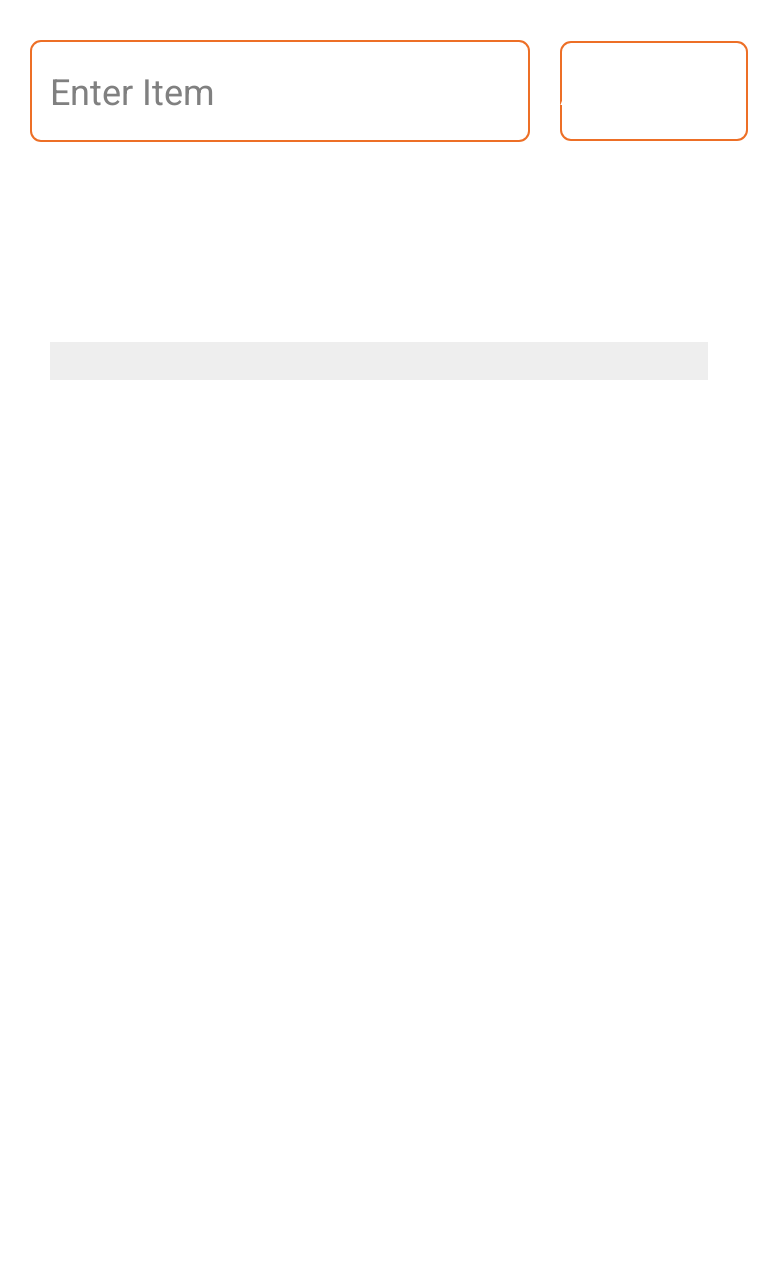
Repository: ianDervan/FYP_ShopSmart
Layout: FYP/ShopSmart/res/layout/activity_shopping_list.xml
An editor plug-in stored every save of this project. The layout is shown before and after the next save, followed by the edit.
It is drawn on a 768 x 1280 px phone screen (xhdpi) without system bars, with theme AppTheme; the app's code is not run.

Above is the layout before, as saved 2015-01-16 20:55:42.

### FYP/ShopSmart/res/layout/activity_shopping_list.xml
<?xml version="1.0" encoding="utf-8"?>
<LinearLayout xmlns:android="http://schemas.android.com/apk/res/android"
     android:layout_width="match_parent"
     android:layout_height="match_parent"
     android:orientation="vertical"
     android:padding="10dip" >

    <LinearLayout
        android:layout_width="fill_parent"
        android:layout_height="wrap_content"
        android:orientation="horizontal" >

        <AutoCompleteTextView
            android:id="@+id/autocomplete_country"
            android:layout_width="0dp"
            android:layout_height="51dp"
            android:layout_marginLeft="5dp"
            android:layout_marginTop="10dp"
            android:layout_weight=".8"
            android:background="@drawable/customeditext"
            android:dropDownWidth="340dp"
            android:hint="Enter Item"
            android:paddingLeft="10dp" />

        <EditText
            android:id="@+id/quantity"
            android:layout_width="0dp"
            android:layout_height="50dp"
            android:layout_weight="0.3"
            android:layout_marginLeft="15dp"
            android:layout_marginTop="10dp"
            android:background="@drawable/customeditext"
            android:text="Add"
            android:textColor="#FFFFFF" />
    </LinearLayout>

     <LinearLayout
         android:layout_width="fill_parent"
         android:layout_height="wrap_content"
         android:layout_marginTop="50dp"
         android:orientation="vertical" >


         <ScrollView
             android:id="@+id/ScrollView01"
             android:layout_width="match_parent"
             android:layout_height="0dp"
             android:layout_weight="1.20"
             android:layout_marginTop="50dp" >

             <TextView
                 android:id="@+id/txtMsg"
                 android:layout_width="match_parent"
                 android:layout_height="wrap_content"
                 android:layout_marginLeft="15dp"
                 android:layout_marginRight="20dp"
                 android:background="#ffeeeeee" />
         </ScrollView>

     </LinearLayout>
 </LinearLayout>

### FYP/ShopSmart/res/drawable/customeditext.xml
<?xml version="1.0" encoding="utf-8"?>

<shape xmlns:android="http://schemas.android.com/apk/res/android"
	android:shape="rectangle" android:padding="10dp">
	<solid android:color="#FFFFFF" />
	<corners
	    android:bottomRightRadius="5dp"
		android:bottomLeftRadius="5dp"
		android:topLeftRadius="5dp"
		android:topRightRadius="5dp" />
	<stroke android:width="1dip" android:color="#ED6F26"/>

</shape>

Loaded but not shown: FYP/ShopSmart/res/values/styles.xml (common file); FYP/ShopSmart/res/values-v11/styles.xml (common file); FYP/ShopSmart/res/values-v14/styles.xml (common file)

After the next save:
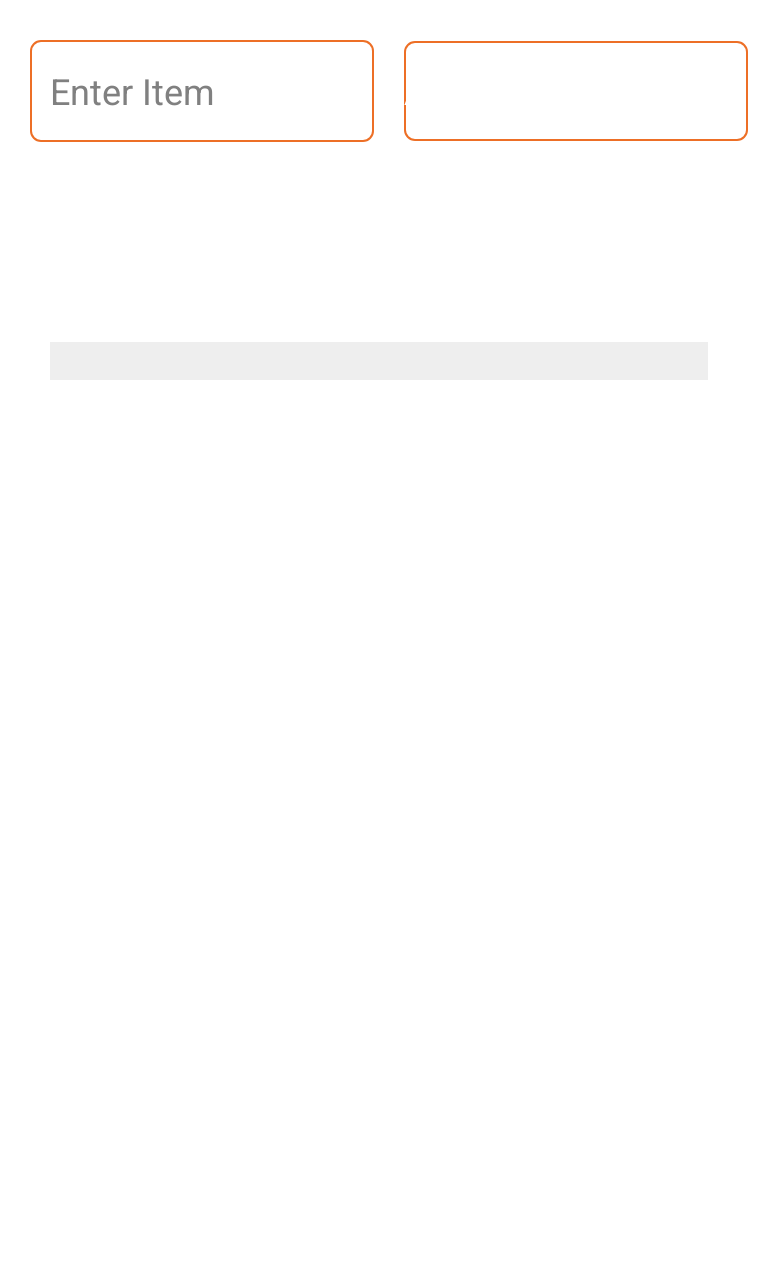
Saved 26 s later.
--- a/FYP/ShopSmart/res/layout/activity_shopping_list.xml
+++ b/FYP/ShopSmart/res/layout/activity_shopping_list.xml
@@ -16,7 +16,7 @@
             android:layout_height="51dp"
             android:layout_marginLeft="5dp"
             android:layout_marginTop="10dp"
-            android:layout_weight=".8"
+            android:layout_weight=".2"
             android:background="@drawable/customeditext"
             android:dropDownWidth="340dp"
             android:hint="Enter Item"
@@ -26,7 +26,7 @@
             android:id="@+id/quantity"
             android:layout_width="0dp"
             android:layout_height="50dp"
-            android:layout_weight="0.3"
+            android:layout_weight="0.2"
             android:layout_marginLeft="15dp"
             android:layout_marginTop="10dp"
             android:background="@drawable/customeditext"
